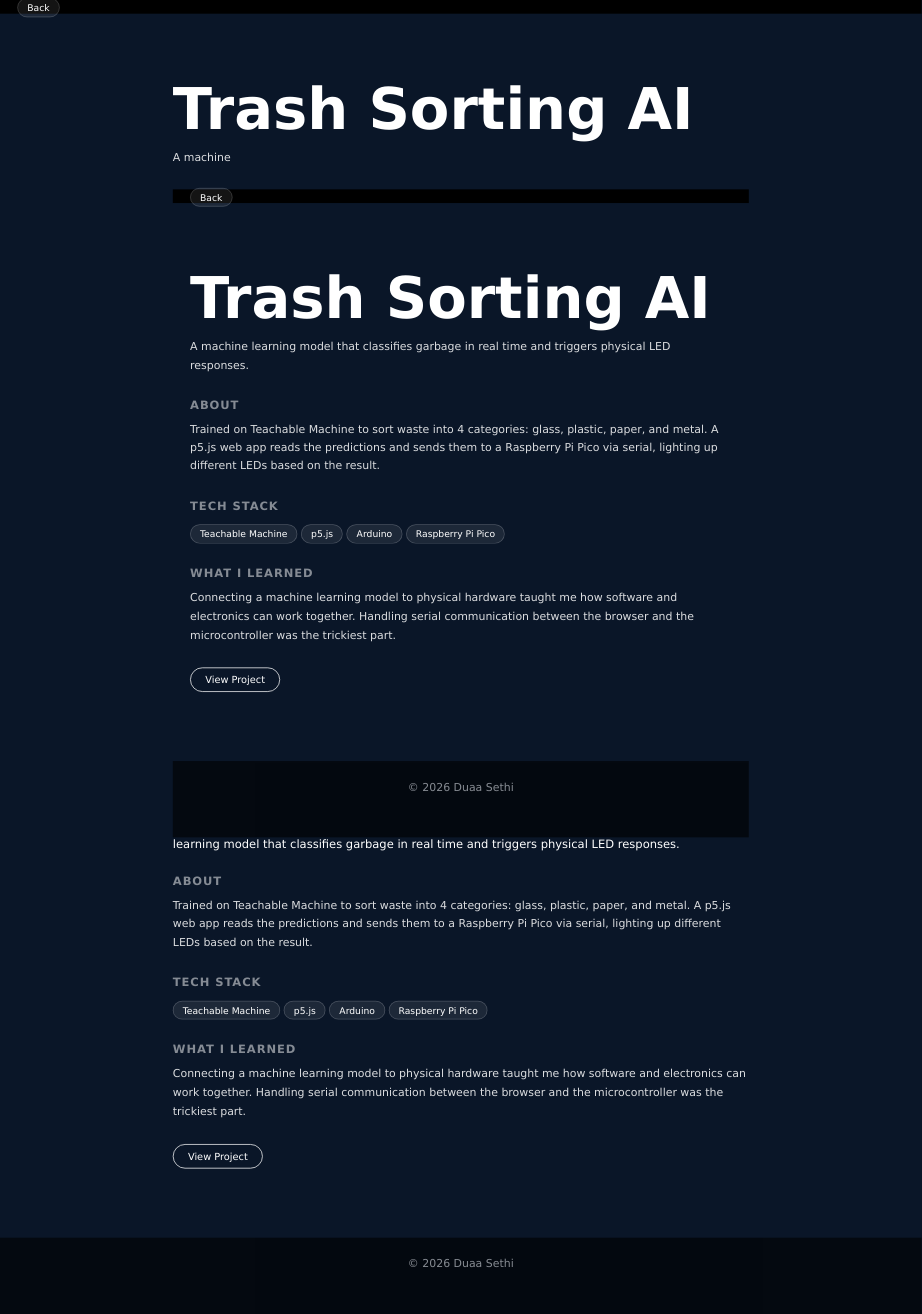
Repository: Duaa-Sethi/Duaa-Sethi
Page: pages/trash-sorting.html
These files come from the project's save history. The page is drawn as it stood at one moment and after the next save; the edit follows.
The browser window is 1280 px wide. The pictures show the whole page, at 72% of full size.
Some web fonts or font styles are not loaded; a fallback is used.

Above is the page before, as saved 2026-05-08 17:30:05.

After the next save:
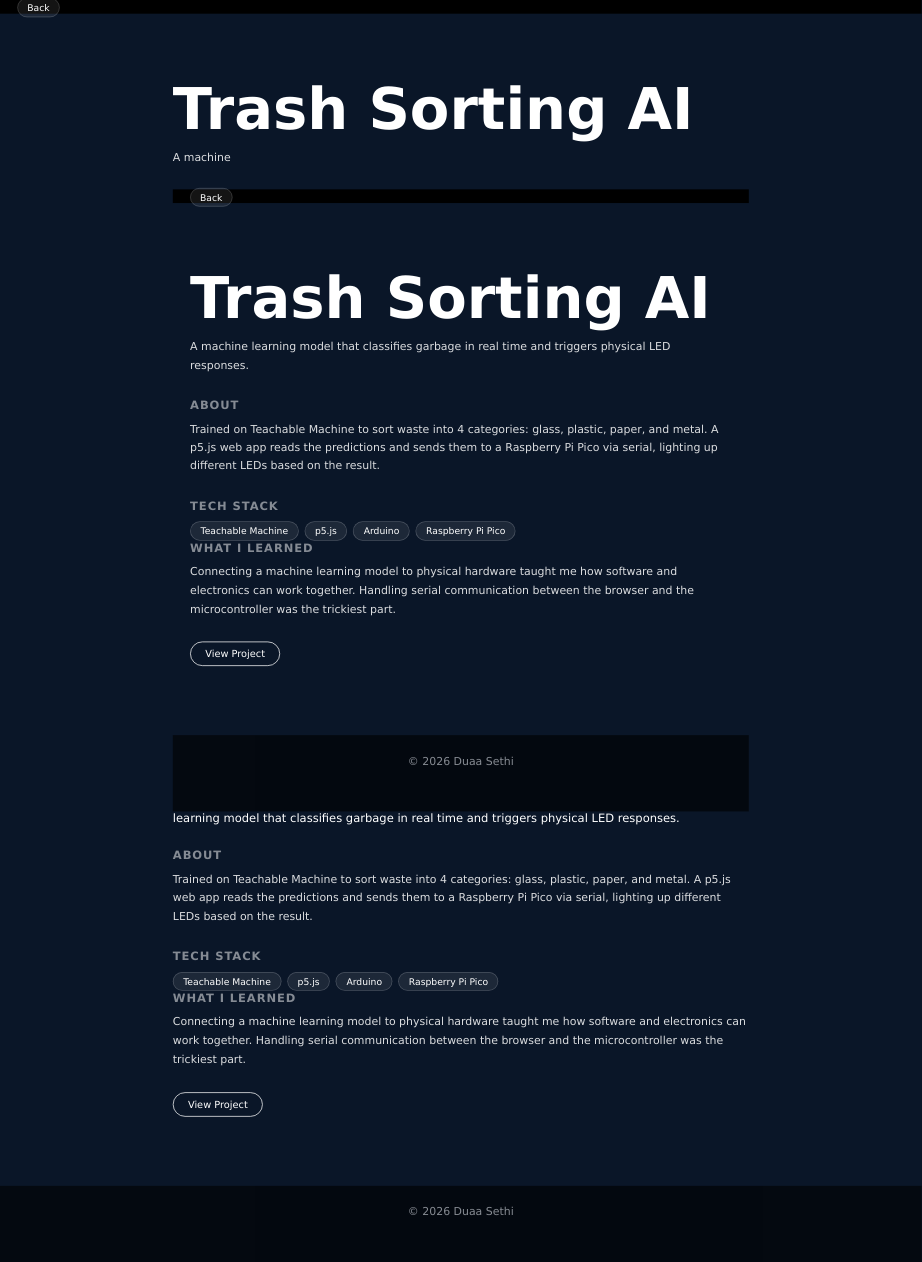
Saved 2 min 36 s later.
--- a/styles/project.css
+++ b/styles/project.css
@@ -42,14 +42,19 @@ p {
   opacity: 0.85;
   margin: 0 0 2rem 0;
 }
+.tags {
+  display: flex;
+  flex-wrap: wrap;
+  gap: 0.5rem;
+  text-align: left;
+}
+
 .tags li {
-  display: inline-block;
   background-color: rgba(255, 255, 255, 0.08);
   border: 1px solid rgba(255, 255, 255, 0.2);
   border-radius: 20px;
-  padding: 0.3rem 0.8rem;
+  padding: 0.3rem 0.85rem;
   font-size: 0.8rem;
-  margin: 0.25rem 0rem 2rem 0;
 }
 .btn {
   display: inline-block;
